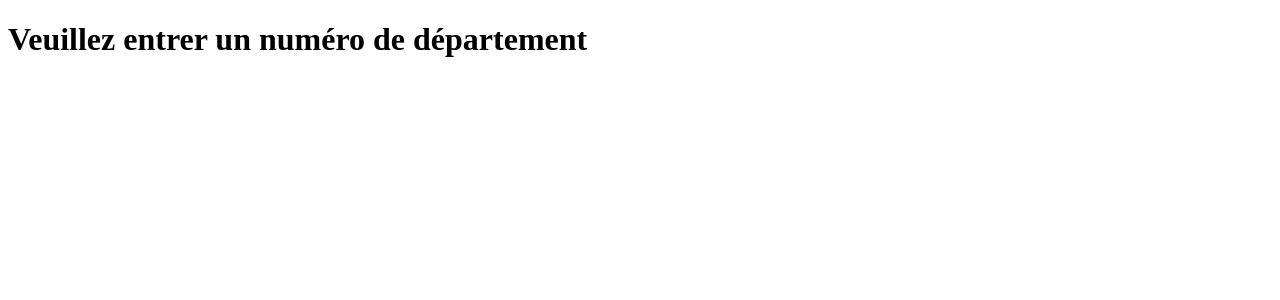
Repository: N4i4de/Proxibanque2
Page: TPJSPServletMVC/WebContent/index.html
The author's editor kept a copy of each file at every save. The page is drawn from the files as they stood at one save, then again after the next save.
The browser window is 1280 px wide. The pictures show the whole page.

Above is the page before, as saved 2018-03-30 08:12:00.

After the next save:
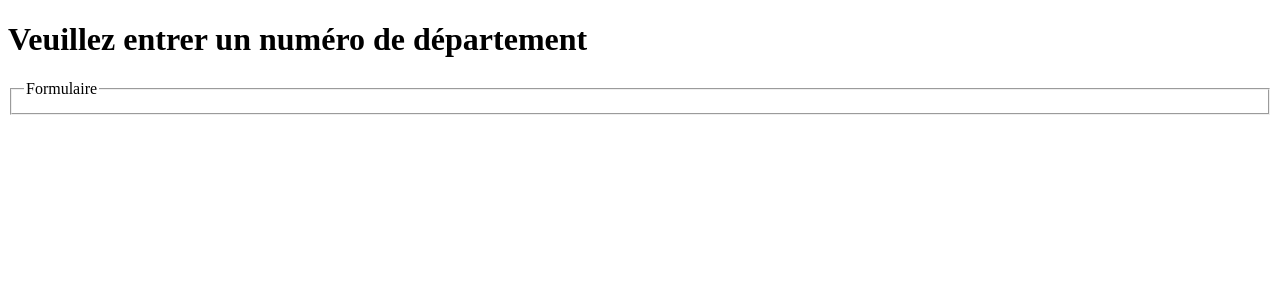
Saved 49 s later.
--- a/TPJSPServletMVC/WebContent/index.html
+++ b/TPJSPServletMVC/WebContent/index.html
@@ -7,5 +7,10 @@
 <body>
 <h1>Veuillez entrer un numéro de département</h1>
 
+<fieldset>
+<legend>Formulaire</legend>
+<form action="ShowDept"></form>
+</fieldset>
+
 </body>
 </html>
